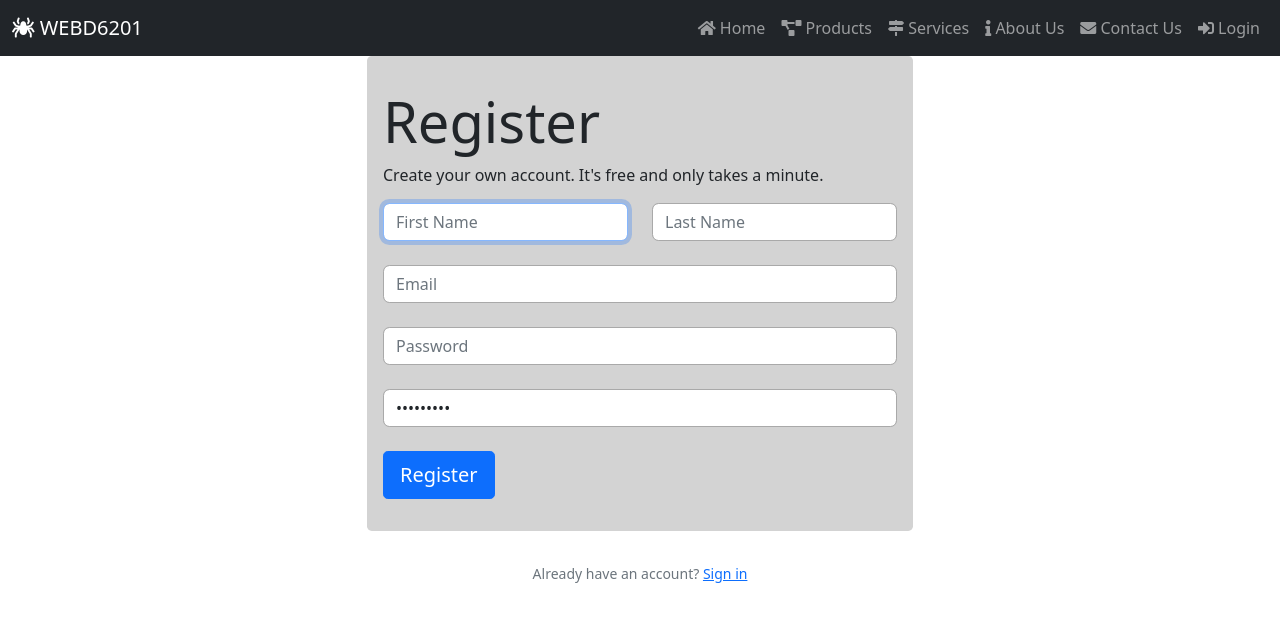
Repository: soumyann/soumyann11.github.io
Page: register.html
These files come from the project's save history. The page is drawn as it stood at one moment and after the next save; the edit follows.
The browser window is 1280 px wide. The pictures show the whole page.
Empty fields were first filled with sample values (such as "Sample", 5 or name@example.com).
After loading, the first visible `#submitButton` was clicked once.

Above is the page before, as saved 2022-02-27 18:37:57.

After the next save:
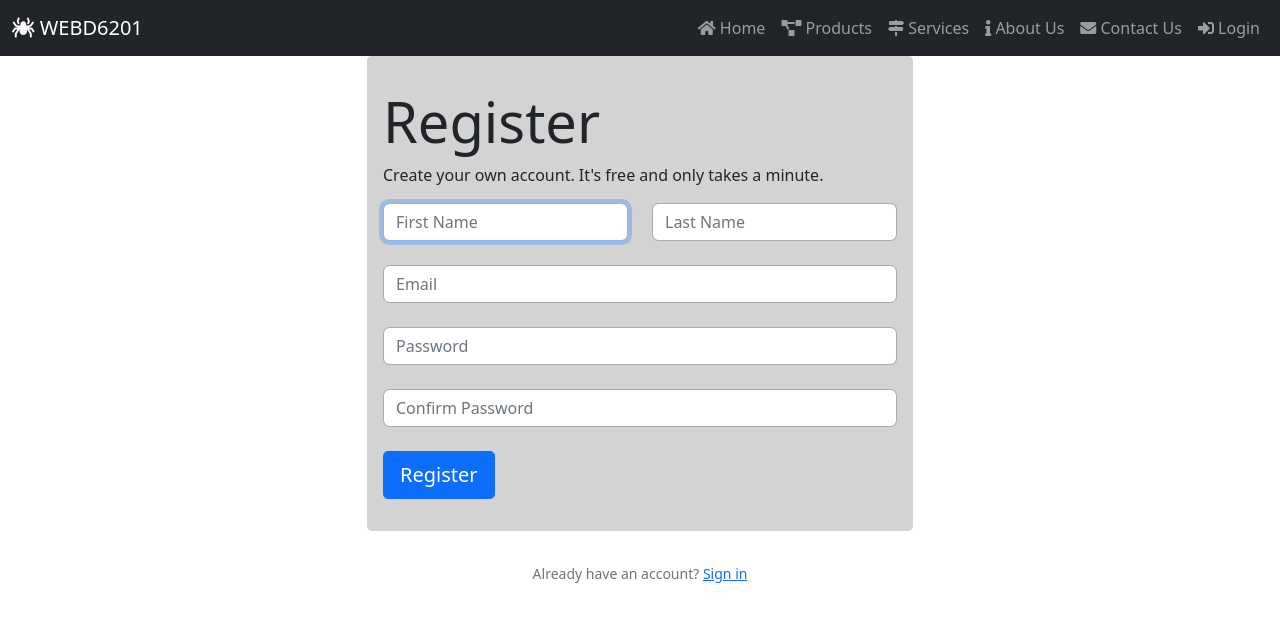
Saved 37 s later.
--- a/Scripts/app.js
+++ b/Scripts/app.js
@@ -474,6 +474,7 @@
             document.getElementById("lastName").value = '';
             document.getElementById("emailAddress").value = '';
             document.getElementById("password").value = '';
+            document.getElementById("confirmPassword").value = '';
             document.getElementById("FirstName").focus();
         });
 
